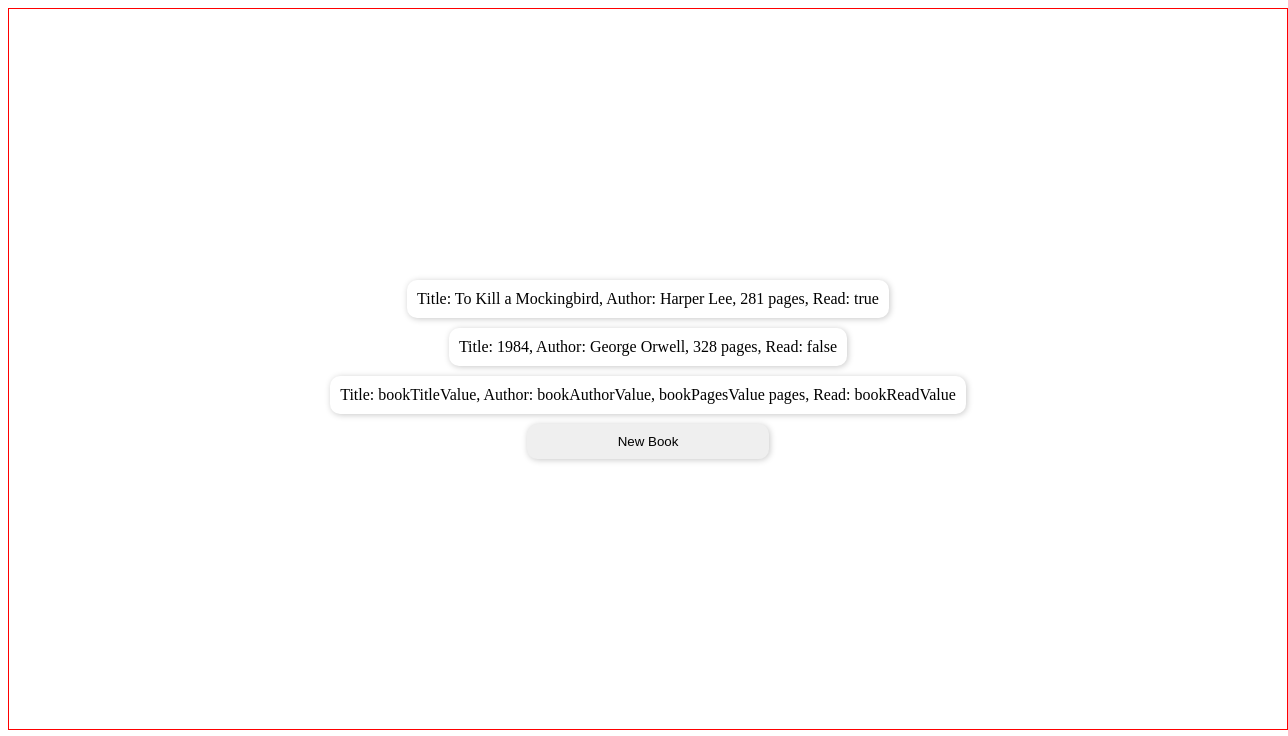
Repository: kocokoy/library
Page: index.html
An editor plug-in stored every save of this project. The page is shown before and after the next save, followed by the edit.
The browser window is 1280 px wide. The page is 1288 px wide, so the pictures cover 1288 px, including what lies to the right of the window. The pictures show the whole page.
After loading, the first visible `button.new-book-button` was clicked once.

Above is the page before, as saved 2024-11-05 17:43:05.

After the next save:
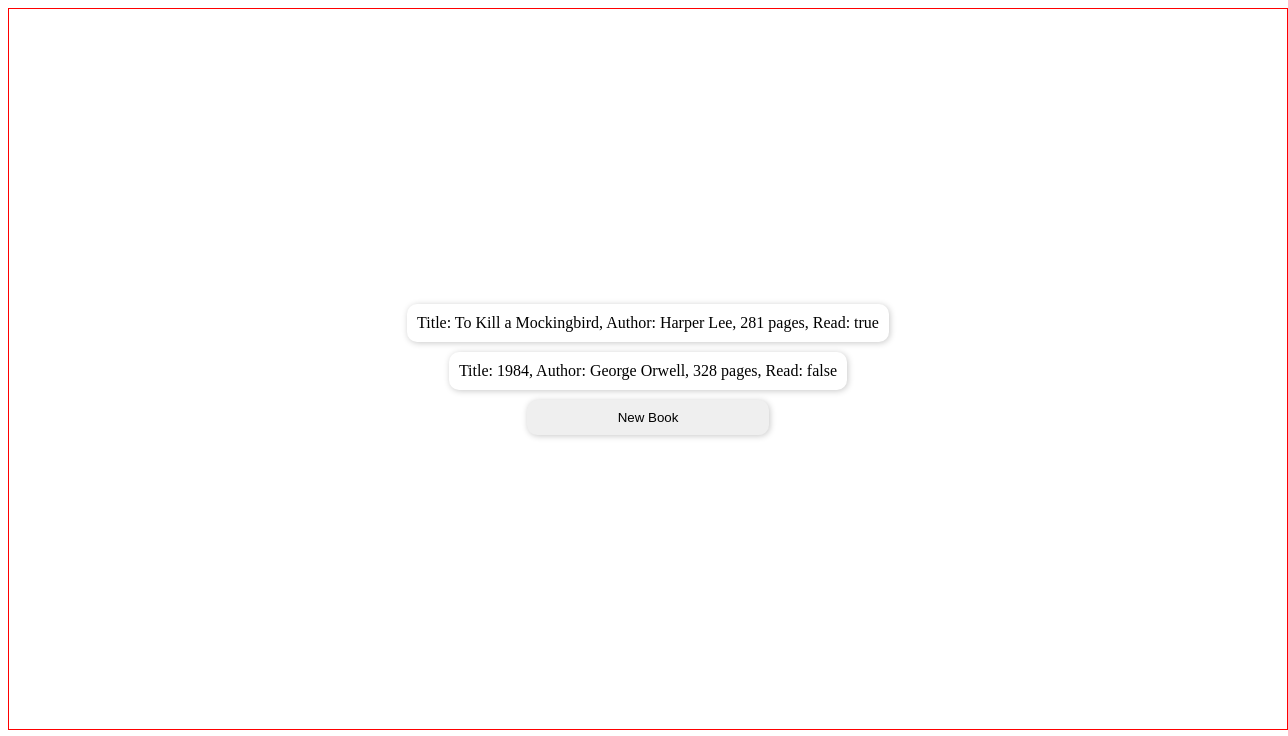
Console error: TypeError: Cannot read properties of null (reading 'value')
Saved 14 h 47 min later.
--- a/script.js
+++ b/script.js
@@ -50,16 +50,15 @@ function displayBookToLibrary(){
 }
 
 bookButtonElement.addEventListener('click', () => {
-  // const bookTitleValue = bookTitleElement.value;
-  // const bookAuthorValue = bookAuthorElement.value;
-  // const bookPagesValue = bookPagesElement.value;
-  // const bookReadValue = bookReadElement.value;
-  // bookTitleElement.value = '';
-  // bookAuthorElement.value = '';
-  // bookPagesElement.value = '';
-  // bookReadElement.value = '';
-  // addBookToLibrary(bookTitleValue,bookAuthorValue,bookPagesValue,bookReadValue);
-  addBookToLibrary('bookTitleValue','bookAuthorValue','bookPagesValue','bookReadValue');
+  const bookTitleValue = bookTitleElement.value;
+  const bookAuthorValue = bookAuthorElement.value;
+  const bookPagesValue = bookPagesElement.value;
+  const bookReadValue = bookReadElement.value;
+  bookTitleElement.value = '';
+  bookAuthorElement.value = '';
+  bookPagesElement.value = '';
+  bookReadElement.value = '';
+  addBookToLibrary(bookTitleValue,bookAuthorValue,bookPagesValue,bookReadValue);
   displayBookToLibrary();
 
   console.log(myLibrary);
